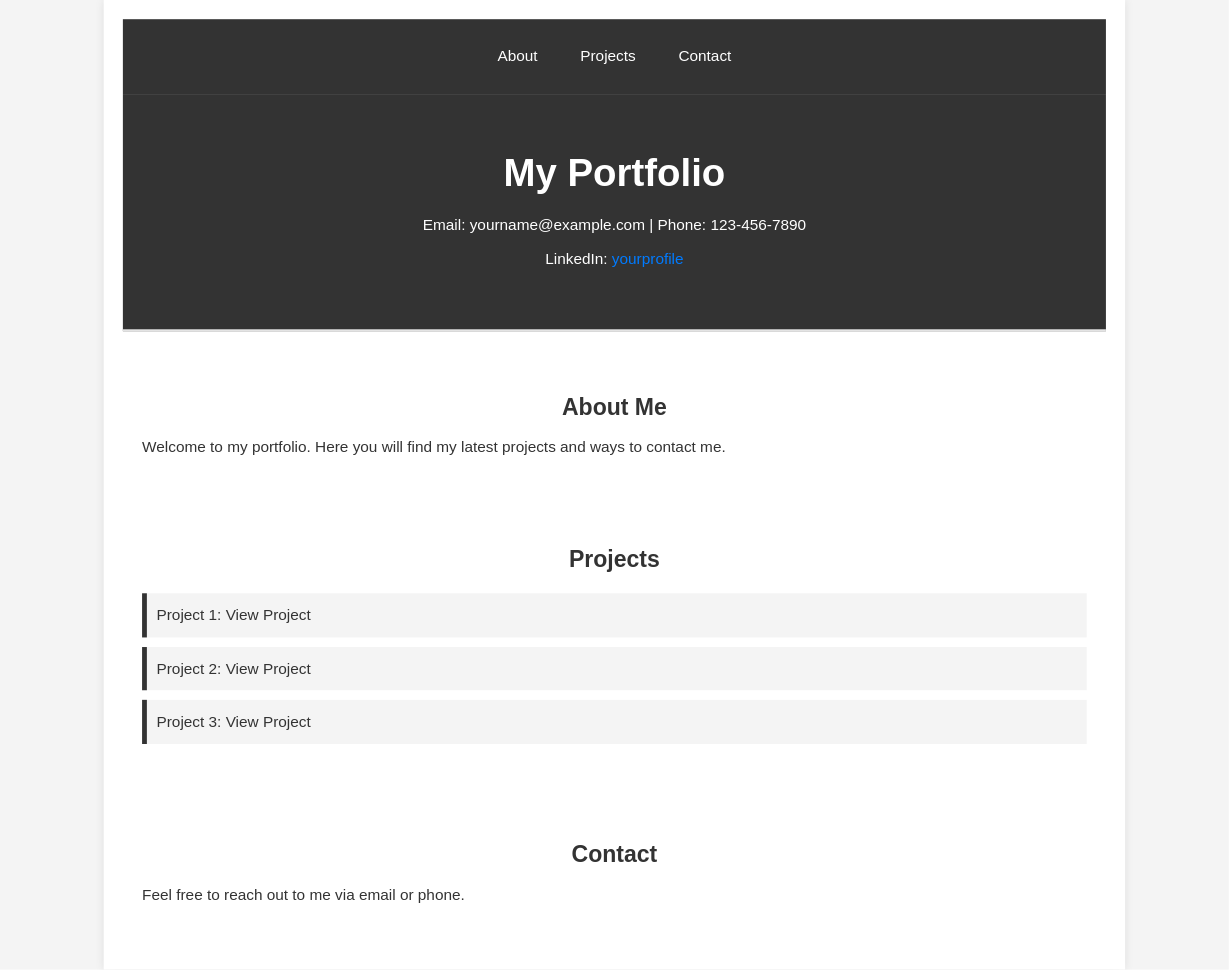
Repository: HoangDuck/portfolio
Page: index.html
An editor plug-in stored every save of this project. The page is shown before and after the next save, followed by the edit.
The browser window is 1280 px wide. The pictures show the whole page, at 96% of full size.

Above is the page before, as saved 2025-03-09 22:14:33.

After the next save:
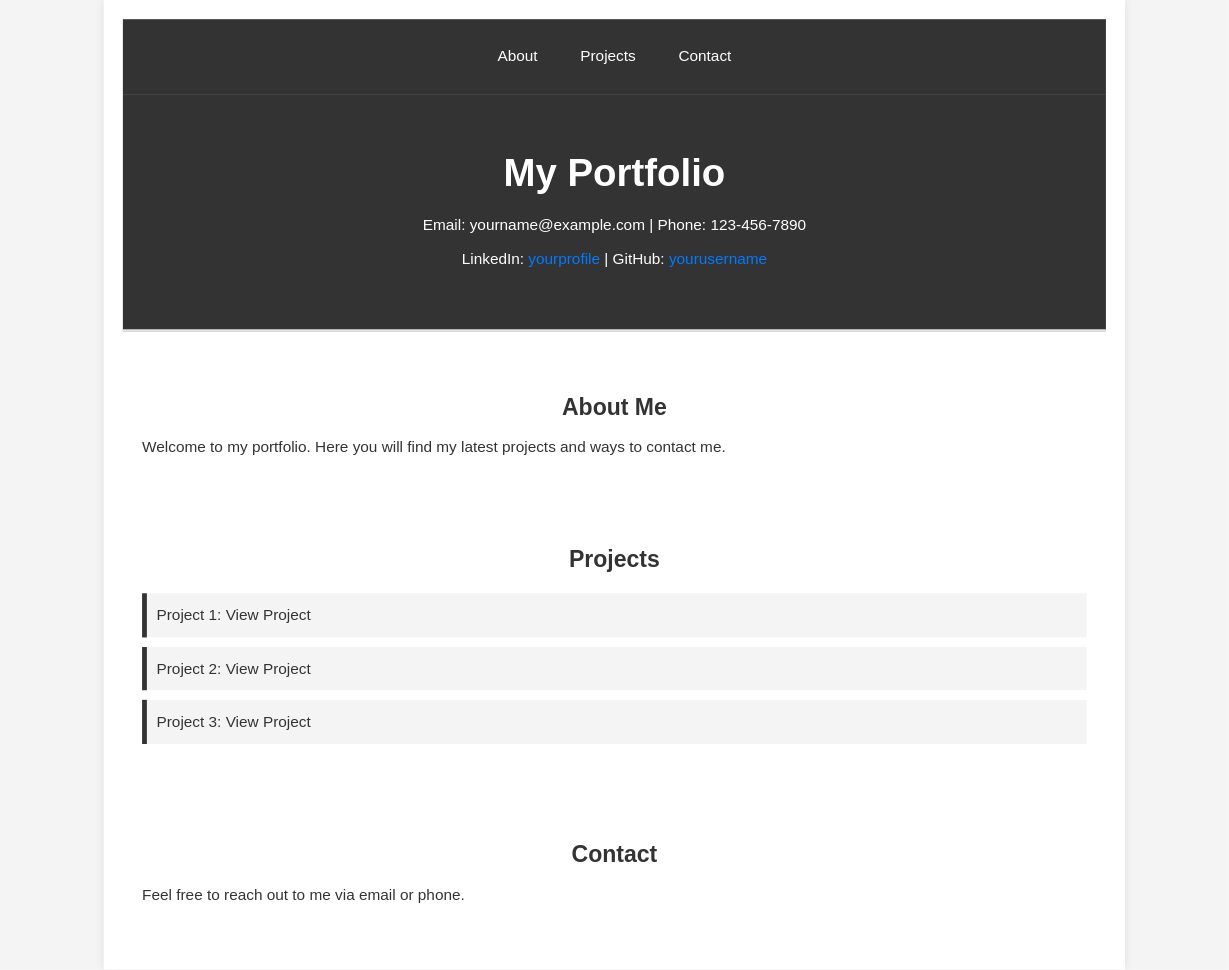
Saved 30 s later.
--- a/index.html
+++ b/index.html
@@ -18,7 +18,10 @@
         <header>
             <h1>My Portfolio</h1>
             <p id="contact-info">Email: yourname@example.com | Phone: 123-456-7890</p>
-            <p id="social-media">LinkedIn: <a href="https://www.linkedin.com/in/yourprofile">yourprofile</a></p>
+            <p id="social-media">
+                LinkedIn: <a href="https://www.linkedin.com/in/yourprofile">yourprofile</a> |
+                GitHub: <a href="https://github.com/yourusername">yourusername</a>
+            </p>
         </header>
         <section id="about">
             <h2>About Me</h2>
